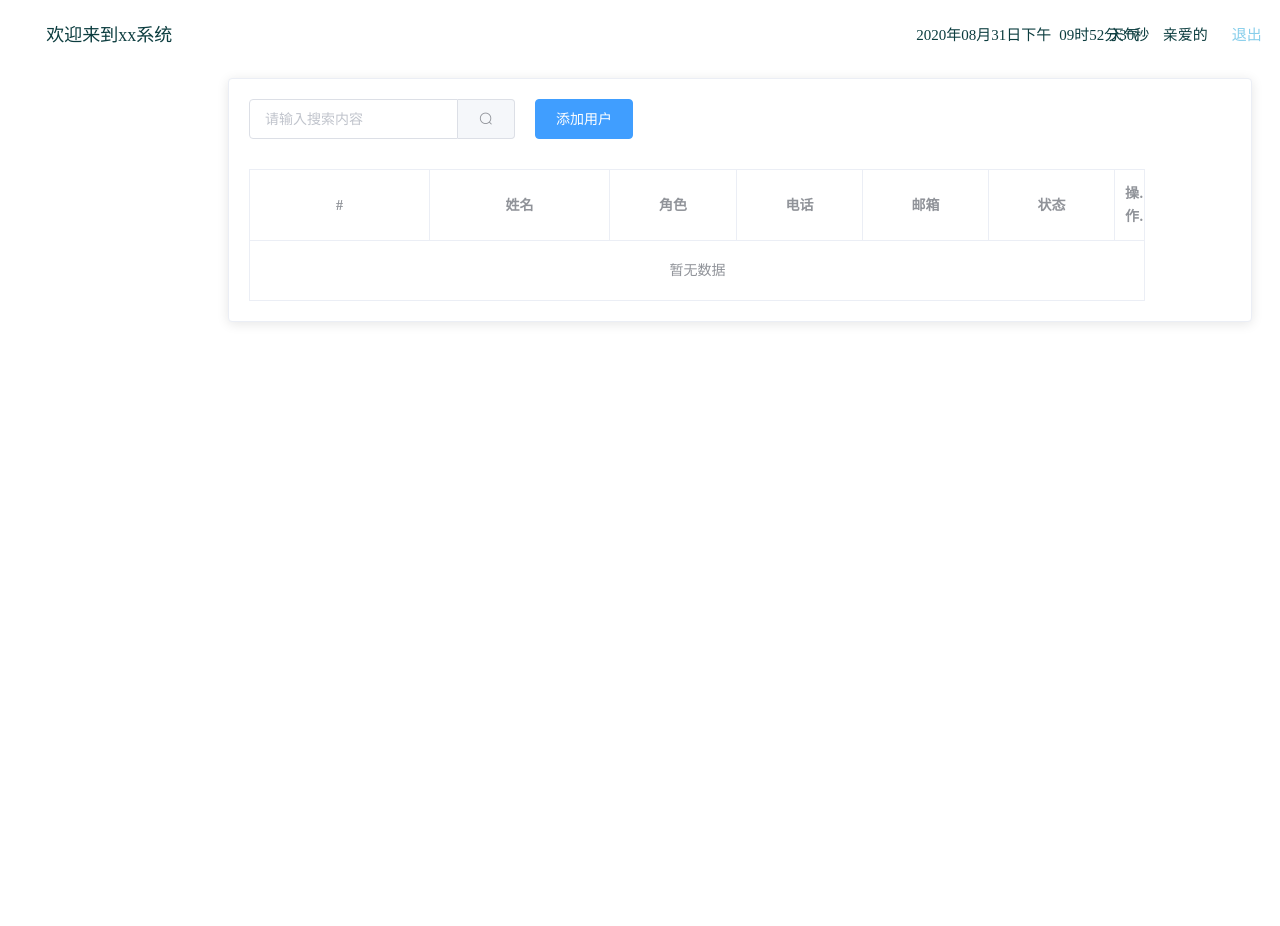
Repository: 2510699771/background-system
Page: /users/users
These files come from the project's save history. The page is drawn as it stood at one moment and after the next save; the edit follows.
The browser window is 1280 px wide. The pictures show the whole page.
The page's requests for data from a server got no answer. The project was rebuilt for these pictures with package versions that can differ from the ones it lists, and the page was loaded fresh each time. No one was signed in, and anything a server would have sent is missing. Also part of the build but not shown: vue.config.js, src/views/Home.vue.

Above is the page before, as saved 2020-08-31 21:55:40.

After the next save:
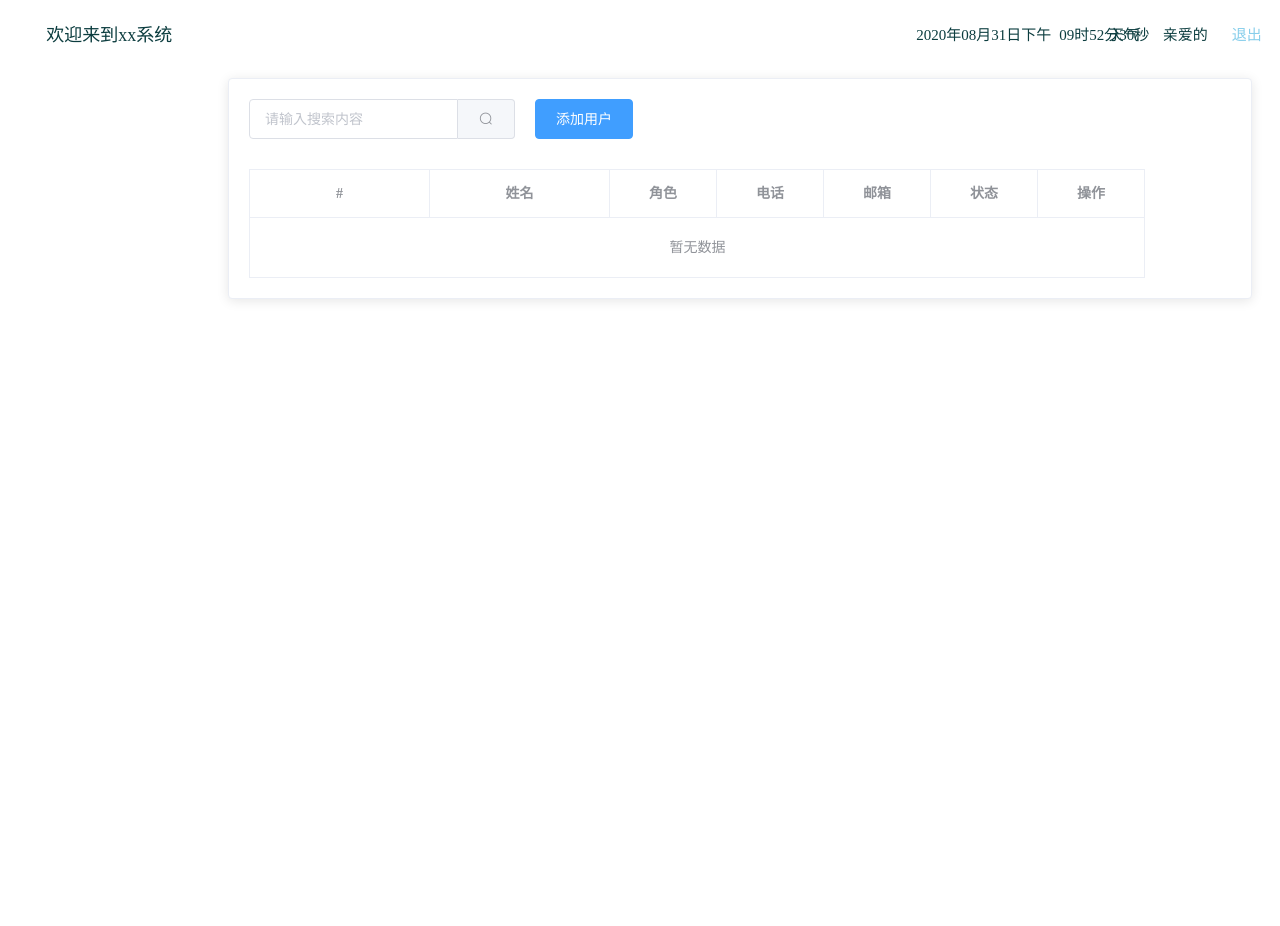
Saved 9 s later.
--- a/src/views/UserList/UserList.vue
+++ b/src/views/UserList/UserList.vue
@@ -24,7 +24,7 @@
               ></el-switch>
             </template>
           </el-table-column>
-          <el-table-column prop="address" label="操作" align="center" width="30vw">
+          <el-table-column prop="address" label="操作" align="center">
             <template slot-scope="scope">
               <el-button
                 type="primary"
